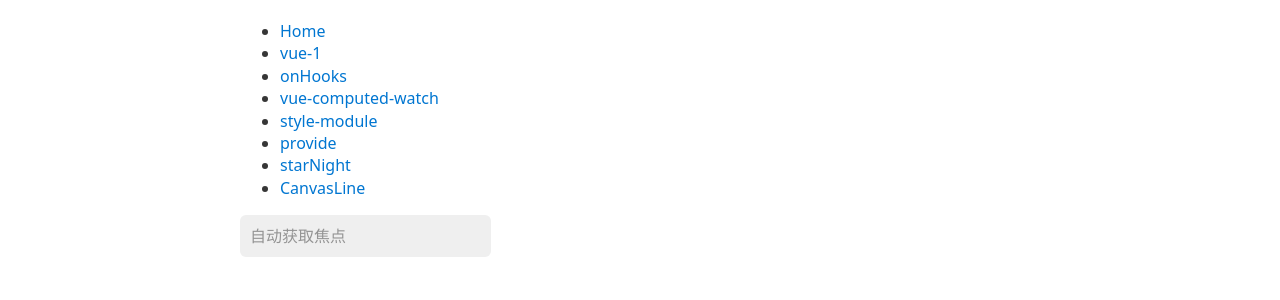
Repository: 596178924/vue3-ts-html
Page: /
An editor plug-in stored every save of this project. The page is shown before and after the next save, followed by the edit.
The browser window is 1280 px wide. The pictures show the whole page.
The project was rebuilt for these pictures with package versions that can differ from the ones it lists, and the page was loaded fresh each time. Also part of the build but not shown: vue.config.js.

Above is the page before, as saved 2022-02-16 14:10:10.

### public/index.html
<!DOCTYPE html>
<html lang="">
  <head>
    <meta charset="utf-8">
    <meta http-equiv="X-UA-Compatible" content="IE=edge">
    <meta name="viewport" content="width=device-width,initial-scale=1.0">
	<link rel="stylesheet" href="https://cdn.jsdelivr.net/npm/water.css@2/out/water.css">
    <link rel="icon" href="<%= BASE_URL %>favicon.ico">
    <title><%= htmlWebpackPlugin.options.title %></title>
  </head>
  <body>
    <noscript>
      <strong>We're sorry but <%= htmlWebpackPlugin.options.title %> doesn't work properly without JavaScript enabled. Please enable it to continue.</strong>
    </noscript>
    <div id="app"></div>
    <!-- built files will be auto injected -->
  </body>
</html>

### src/main.ts
import { createApp } from 'vue';
import App from './App.vue';
import router from './router';
import { createPinia } from 'pinia';
import directive from "./utils/directives";
const app = createApp(App);
app.use(createPinia());
app.use(router);
app.use(directive);
app.mount('#app');

### src/App.vue
<template>
  <Nav></Nav>
  <router-view/>
</template>

<script setup lang="ts">
import Nav from "@/components/nav.vue";
</script>
<style lang="scss">

</style>

### src/router/index.ts
import { createRouter, createWebHashHistory, RouteRecordRaw } from 'vue-router';

export const routes: Array<RouteRecordRaw> = [
	{
		path: '/',
		name: 'Home',
		component: () => import('@/views/Home.vue')
	},
	{
		path: '/vue-1',
		name: 'vue-1',
		component: () => import('@/views/vue-1.vue')
	},
	{
		path: '/onHooks',
		name: 'onHooks',
		component: () => import('@/views/onHooks.vue')
	},
	{
		path: '/vue-computed-watch',
		name: 'vue-computed-watch',
		component: () => import('@/views/vue-computed-watch.vue')
	},
	{
		path: '/style-module',
		name: 'style-module',
		component: () => import('@/views/style-module.vue')
	},
	{
		path: '/provide',
		name: 'provide',
		component: () => import('@/views/provide.vue')
	},
	{
		path: '/starNight',
		name: 'starNight',
		component: () => import('@/views/starNight.vue')
	},
	{
		path: '/CanvasLine',
		name: 'CanvasLine',
		component: () => import('@/views/CanvasLine.vue')
	},

];

const router = createRouter({
	history: createWebHashHistory(),
	routes
});

export default router;

### src/utils/directives/index.ts
import { App } from "vue";
import VCopy from "./v-copy";
import VFocus from "./v-focus"
export default (app: App<Element>) => {
    app.directive('copy', VCopy);
    app.directive('focus', VFocus);
}

### src/components/nav.vue
<template>
    <ul>
        <li v-for="(item, index) in navList" :key="index">
            <router-link :to="item.path">{{ item.name }}</router-link>
        </li>
    </ul>
</template>
<script setup lang="ts">
import { routes } from "@/router/index";
const navList = routes.map((item) => ({
    path: item.path,
    name: item.name
}))
</script>

### src/views/Home.vue
<template>
    <div class="">
        <!-- <p v-copy>自定义指令</p> -->
        <input type="text" placeholder="自动获取焦点">
    </div>
</template>

<script setup lang="ts" >

</script>
<style lang="scss" scoped>
</style>

### src/utils/directives/v-copy.ts
export default (el:HTMLElement,binding: any) =>{
    console.log('copy',el,binding)
    console.log('copy',binding.value)
}

### src/utils/directives/v-focus.ts
export default (el:HTMLElement,binding: any) =>{
    console.log('copy',el,binding)
    console.log('copy',binding.value)
    el.focus()
}

After the next save:
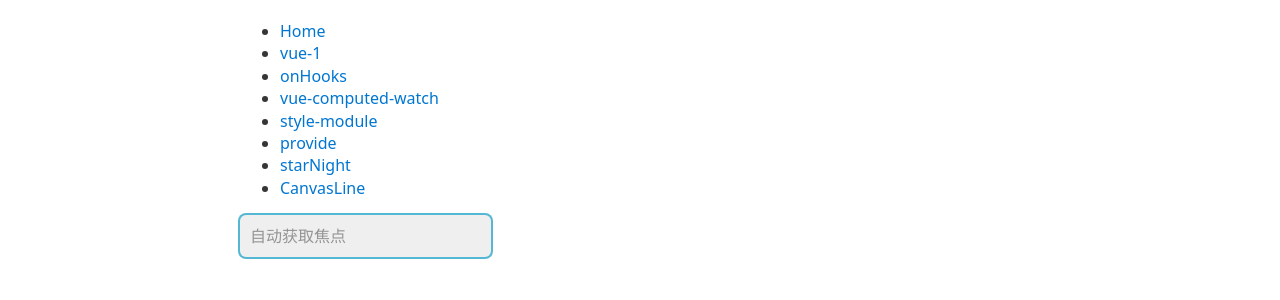
Saved 10 s later.
--- a/src/views/Home.vue
+++ b/src/views/Home.vue
@@ -1,7 +1,7 @@
 <template>
     <div class="">
         <!-- <p v-copy>自定义指令</p> -->
-        <input type="text" placeholder="自动获取焦点">
+        <input v-focus type="text" placeholder="自动获取焦点">
     </div>
 </template>
 
